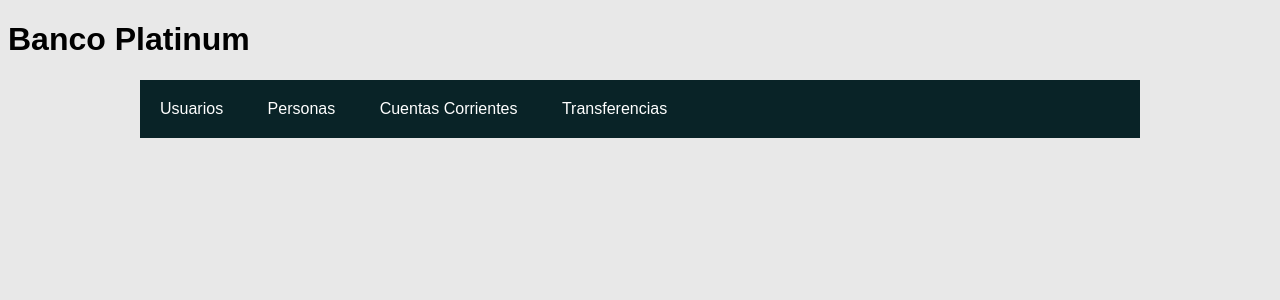
Repository: miguelalvarezcl/examen
Page: http://localhost/CtaCorriente/home.jsp
The author's editor kept a copy of each file at every save. The page is drawn from the files as they stood at one save, then again after the next save.
The browser window is 1280 px wide. The pictures show the whole page.
The page is served by Tomcat 9.

Above is the page before, as saved 2021-11-12 22:29:06.

After the next save:
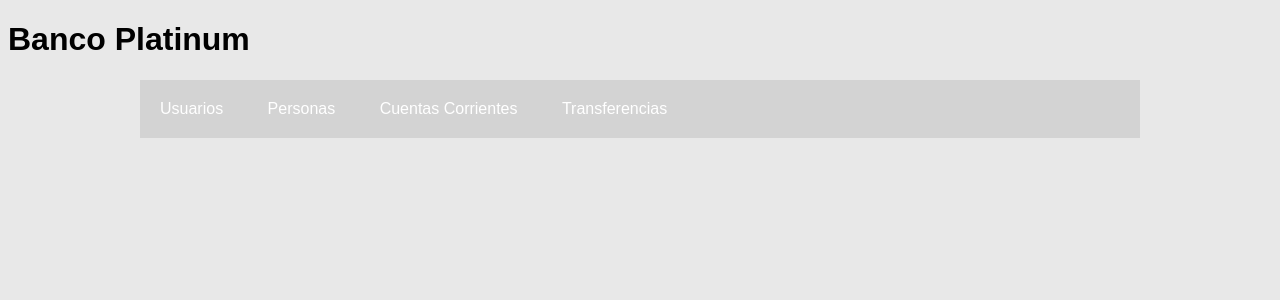
Saved 2 min 23 s later.
--- a/CtaCorriente/WebContent/home.jsp
+++ b/CtaCorriente/WebContent/home.jsp
@@ -30,7 +30,7 @@ body{
 .menu{
 	list-style: none;
 	padding: 0;
-	background: #092327;
+	background: #D3D3D3;
 	width: 85%;
 	max-width: 1000px;
 	margin: auto;
